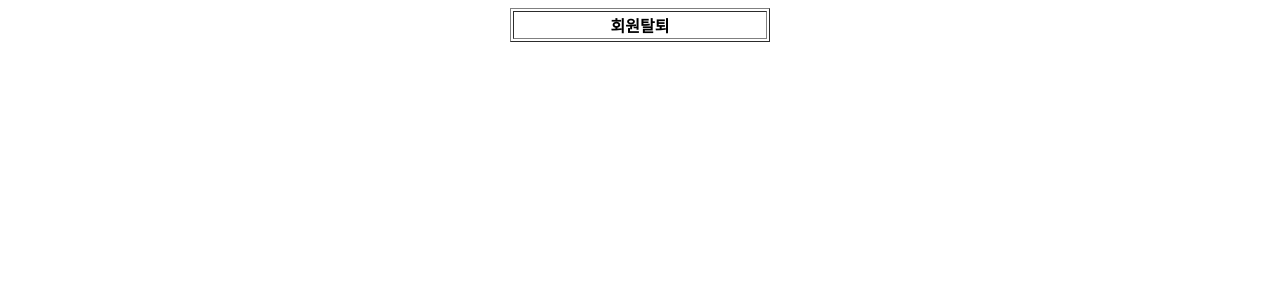
Repository: harib0h23/my-jsp-project
Page: http://localhost/ServletProject/memberone/deleteForm.jsp
These files come from the project's save history. The page is drawn as it stood at one moment and after the next save; the edit follows.
The browser window is 1280 px wide. The pictures show the whole page.
The page is served by Tomcat 9. Other server files are loaded and not shown.

Above is the page before, as saved 2025-07-31 07:51:11.
Console error: TypeError: Cannot read properties of undefined (reading 'focus')

### ServletProject/src/main/webapp/memberone/deleteForm.jsp
<%@ page language="java" contentType="text/html; charset=UTF-8"
    pageEncoding="UTF-8"%>
<!DOCTYPE html>
<html>
<head>
<meta charset="UTF-8">
<title>회원 탈퇴</title>
<script type="text/javascript" src="script.js"></script>
</head>
<body onload="begin()">
<form action="deleteProc.jsp" name=myForm onsubmit="return checkIt()">
<table width="260" border="1" align="center">
	<tr>
		<td colspan="2" align="center">
			<b>회원탈퇴</b>
		</td>
	</tr>

</table>
</form>

</body>
</html>

### ServletProject/src/main/webapp/memberone/script.js
function idCheck(id){
	if(id==""){ /*입력하지 않았을 때*/
		alert("아이디를 입력해 주세요")
		document.regForm.id.focus();   /*html문서를 말함 --> regForm.jsp*/
	}else{
		url="idCheck.jsp?id="+id;
		window.open(url, "post", "width=300, heigh=150")
	}
}

function zipCheck(){
	url="zipCheck.jsp?check=y";
	window.open(url, "post", "toolbar=no, width=500, height=300, directories=no, status=yes, scrollbars=yes, menubar=no");
	/*띄지 않고 이어쓰기*/
}

function dongCheck(){
	if(document.zipForm.dong.value=="null"){
		alert("동 이름을 입력하세요");
		document.zipForm.dong.focus();
		return false;
	}
	document.zipForm.submit();
}

function sendAddress(zipcode,sido,gugun,dong,ri,bunji){
	var address=sido+" "+gugun+" "+dong+" "+ri+" "+bunji;
	opener.document.regForm.zipcode.value=zipcode;
	opener.document.regForm.address1.value=address;
	self.close();
}

function inputCheck(){
	if(document.regForm.id.value==""){  /*아이디를 입력하지 않았을 경우*/
		alert("아이디를 입력해 주세요.");
		document.regForm.id.focus();  /*커서를 다시 아이디로 옮겨줌*/
		return false;
	}

	if(document.regForm.pass.value==""){  /*비밀번호를 입력하지 않았을 경우*/
		alert("비밀번호를 입력해 주세요.");
		document.regForm.pass.focus();  /*커서를 다시 비밀번호로 옮겨줌*/
		return false;
	}

	if(document.regForm.repass.value==""){  /*비밀번호확인을 입력하지 않았을 경우*/
		alert("비밀번호를 입력해 주세요.");
		document.regForm.repass.focus();  /*커서를 다시 비밀번호확인으로 옮겨줌*/
		return false;
	}

	if(document.regForm.pass.value!=document.regForm.repass.value){
		alert("비밀번호가 일치하지 않습니다.");
		document.regForm.repass.focus(); /*커서를 다시 비밀번호확인으로 옮겨줌*/
		return false;
	}

	if(document.regForm.name.value==""){  /*이름을 입력하지 않았을 경우*/
		alert("이름을 입력해 주세요.");
		document.regForm.name.focus();  /*커서를 다시 이름으로 옮겨줌*/
		return false;
	}

	if(document.regForm.phone1.value==""){  /*비밀번호확인을 입력하지 않았을 경우*/
		alert("통신사번호를 입력해 주세요.");
		document.regForm.phone1.focus();  /*커서를 다시 비밀번호확인으로 옮겨줌*/
		return false;
	}

	if(document.regForm.phone2.value==""){  /*비밀번호확인을 입력하지 않았을 경우*/
		alert("전화번호를 입력해 주세요.");
		document.regForm.phone2.focus();  /*커서를 다시 비밀번호확인으로 옮겨줌*/
		return false;
	}

	if(document.regForm.phone3.value==""){  /*비밀번호확인을 입력하지 않았을 경우*/
		alert("전화번호를 입력해 주세요.");
		document.regForm.phone3.focus();  /*커서를 다시 비밀번호확인으로 옮겨줌*/
		return false;
	}

	if(document.regForm.email.value==""){  /*비밀번호확인을 입력하지 않았을 경우*/
		alert("이메일을 입력해 주세요.");
		document.regForm.email.focus();  /*커서를 다시 비밀번호확인으로 옮겨줌*/
		return false;
	}

	var str = document.regForm.email.value; /*하나의 변수를 만들어줌*/
	var atPos = str.indexOf('@'); /*Position 약자*/
	var atLastPos = str.lastIndexOf('@')	/*@를 기준으로 앞과 뒤로 나뉨*/
	var dotPos = 	str.indexOf('.');
	var spacePos = 	str.indexOf(' ');
	var comPos = 	str.indexOf(',');
	var eMailSize = str.length;
	/*형식을 만들어줌*/

	if(atPos > 1 && atPos == atLastPos && dotPos > 3 && spacePos==-1 && comPos == -1 && atPos + 1 < dotPos && dotPos + 1 < eMailSize);
	else{
		alert('E_mail 주소형식이 잘못되었습니다.\n\r 다시 입력해 주세요.')
		document.regForm.email.focus();  /*포커스를 다시 이메일에 놔줌*/
		return false;
	}

	if(document.regForm.zipcode.value==""){
		alert("우편번호를 입력해 주세요.");
		document.regForm.zipcode.focus();
		return false;
	}

	if(document.regForm.address1.value==""){
		alert("주소를 입력해 주세요.");
		document.regForm.address1.focus();
		return false;
	}

	if(document.regForm.address2.value==""){
		alert("상세주소를 입력해 주세요.");
		document.regForm.address2.focus();
		return false;
	}

	document.regForm.submit();  /*서버로 전송하는 메소드*/
}


function updateCheck(){
	if(document.regForm.pass.value==""){  /*비밀번호를 입력하지 않았을 경우*/
		alert("비밀번호를 입력해 주세요.");
		document.regForm.pass.focus();  /*커서를 다시 비밀번호로 옮겨줌*/
		return false;
	}

	if(document.regForm.repass.value==""){  /*비밀번호확인을 입력하지 않았을 경우*/
		alert("비밀번호를 입력해 주세요.");
		document.regForm.repass.focus();  /*커서를 다시 비밀번호확인으로 옮겨줌*/
		return false;
	}

	if(document.regForm.pass.value!=document.regForm.repass.value){
		alert("비밀번호가 일치하지 않습니다.");
		document.regForm.repass.focus(); /*커서를 다시 비밀번호확인으로 옮겨줌*/
		return false;
	}

	if(document.regForm.phone1.value==""){  /*비밀번호확인을 입력하지 않았을 경우*/
		alert("통신사번호를 입력해 주세요.");
		document.regForm.phone1.focus();  /*커서를 다시 비밀번호확인으로 옮겨줌*/
		return false;
	}

	if(document.regForm.phone2.value==""){  /*비밀번호확인을 입력하지 않았을 경우*/
		alert("전화번호를 입력해 주세요.");
		document.regForm.phone2.focus();  /*커서를 다시 비밀번호확인으로 옮겨줌*/
		return false;
	}

	if(document.regForm.phone3.value==""){  /*비밀번호확인을 입력하지 않았을 경우*/
		alert("전화번호를 입력해 주세요.");
		document.regForm.phone3.focus();  /*커서를 다시 비밀번호확인으로 옮겨줌*/
		return false;
	}

	if(document.regForm.email.value==""){  /*비밀번호확인을 입력하지 않았을 경우*/
		alert("이메일을 입력해 주세요.");
		document.regForm.email.focus();  /*커서를 다시 비밀번호확인으로 옮겨줌*/
		return false;
	}

	var str = document.regForm.email.value; /*하나의 변수를 만들어줌*/
	var atPos = str.indexOf('@'); /*Position 약자*/
	var atLastPos = str.lastIndexOf('@')	/*@를 기준으로 앞과 뒤로 나뉨*/
	var dotPos = 	str.indexOf('.');
	var spacePos = 	str.indexOf(' ');
	var comPos = 	str.indexOf(',');
	var eMailSize = str.length;
	/*형식을 만들어줌*/

	if(atPos > 1 && atPos == atLastPos && dotPos > 3 && spacePos==-1 && comPos == -1 && atPos + 1 < dotPos && dotPos + 1 < eMailSize);
	else{
		alert('E_mail 주소형식이 잘못되었습니다.\n\r 다시 입력해 주세요.')
		document.regForm.email.focus();  /*포커스를 다시 이메일에 놔줌*/
		return false;
	}

	if(document.regForm.zipcode.value==""){
		alert("우편번호를 입력해 주세요.");
		document.regForm.zipcode.focus();
		return false;
	}

	if(document.regForm.address1.value==""){
		alert("주소를 입력해 주세요.");
		document.regForm.address1.focus();
		return false;
	}

	if(document.regForm.address2.value==""){
		alert("상세주소를 입력해 주세요.");
		document.regForm.address2.focus();
		return false;
	}

	document.regForm.submit();
}

function begin(){
	document.myForm.pass.focus();
}

function checkIt(){
	/*패스워드가 입력이 안됐을 때*/
		if(document.myForm.pass.value==""){  /*비밀번호 입력하지 않았을 경우*/
		alert("비밀번호를 입력해 주세요.");
		document.myForm.pass.focus();  /*커서를 비밀번호으로 옮겨줌*/
		return false;
	}
}

After the next save:
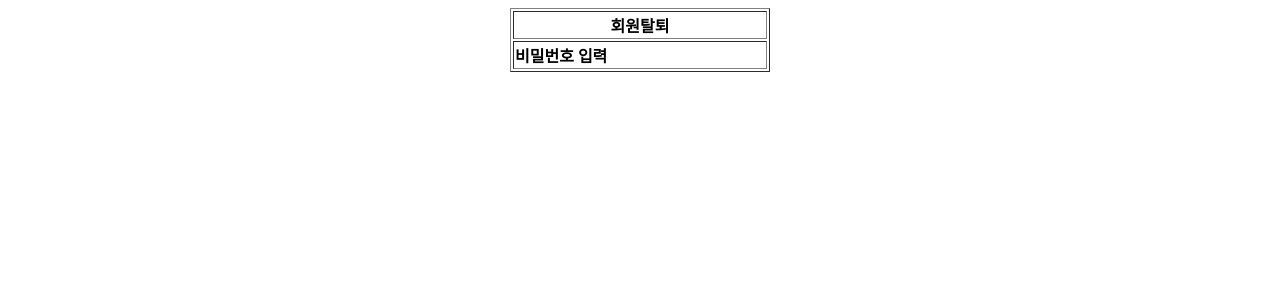
Saved 36 s later.
--- a/ServletProject/src/main/webapp/memberone/deleteForm.jsp
+++ b/ServletProject/src/main/webapp/memberone/deleteForm.jsp
@@ -16,6 +16,10 @@
 		</td>
 	</tr>
 
+	<tr>
+		<td><b>비밀번호 입력</b></td>
+	</tr>
+
 </table>
 </form>
 
